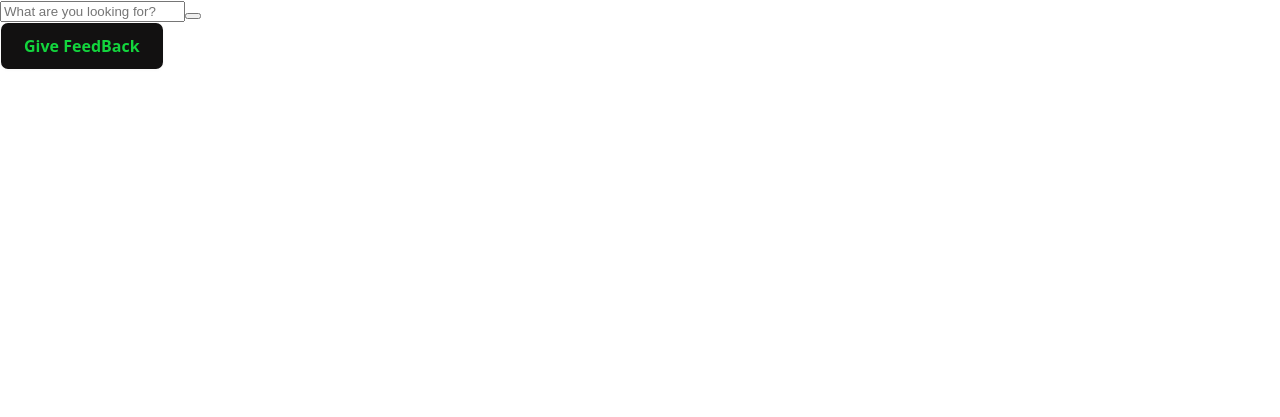
Repository: rajratangm/raj_qtify
Page: / (app in raj_qtify/)
An editor plug-in stored every save of this project. The page is shown before and after the next save, followed by the edit.
The browser window is 1280 px wide. The pictures show the whole page.
The project was rebuilt for these pictures with package versions that can differ from the ones it lists, and the page was loaded fresh each time.

Above is the page before, as saved 2024-03-19 13:49:00.

After the next save:
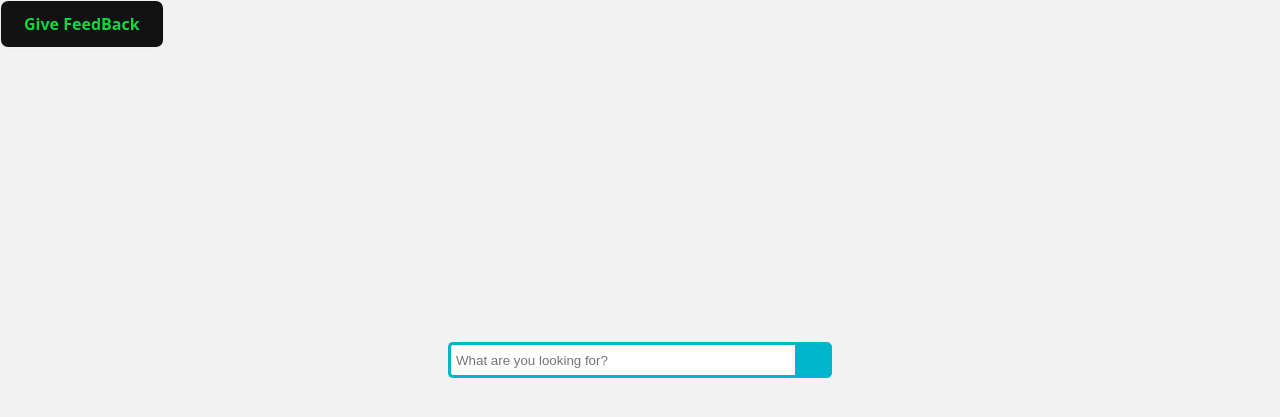
Saved 16 s later.
--- a/raj_qtify/src/searchbar.js
+++ b/raj_qtify/src/searchbar.js
@@ -1,5 +1,5 @@
 // import React from 'react'
-// import  './searchbar.css'
+import  './searchbar.css'
 
 function Searchbar(){
     return <>
